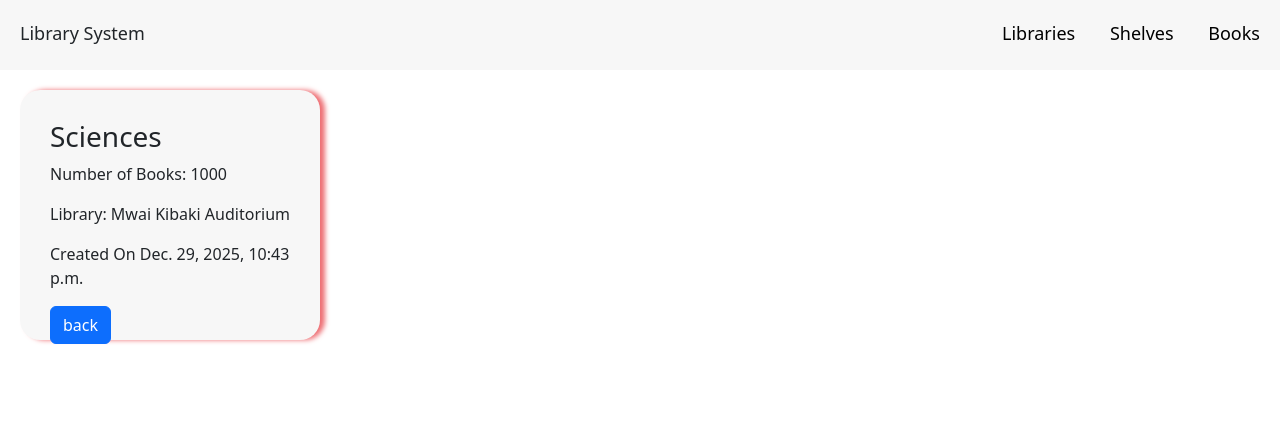
Repository: Mbote-Joseph/Library-Shelves-Books-Managements
Page: http://localhost/shelf-details/1
An editor plug-in stored every save of this project. The page is shown before and after the next save, followed by the edit.
The browser window is 1280 px wide. The pictures show the whole page.
The page is served by the project's application, run on Django 5.2 (manage.py). Other server files are loaded and not shown. The page reads the database file committed with the project.

Above is the page before, as saved 2026-01-01 19:58:54.

### books/templates/books/shelf_detailview.html
{% extends "base.html" %}

{% block title %}
    {{shelf.name}}
{% endblock %}


{% block content %}
        <div class="shelf">
            <h3> {{shelf.label}} </h3>
            <p> Number of Books:  {{shelf.books_capacity}} </p>
            <p> Library:  {{shelf.library.name}} </p>
            <p> Created On {{shelf.created_on}} </p>
            <a class="btn btn-primary" href="{% url 'shelves' %}"> back  </a>
        </div>
{% endblock %}

### static/templates/base.html
{% load static %}
<!doctype html>
<html lang="en">
  <head>
    <meta charset="utf-8">
    <meta name="viewport" content="width=device-width, initial-scale=1">
    <title>
        {% block title %}

        {% endblock %}
    </title>
    <link href="https://cdn.jsdelivr.net/npm/bootstrap@5.3.8/dist/css/bootstrap.min.css" rel="stylesheet" integrity="sha384-sRIl4kxILFvY47J16cr9ZwB07vP4J8+LH7qKQnuqkuIAvNWLzeN8tE5YBujZqJLB" crossorigin="anonymous">
    <link rel="stylesheet" type='text/css' href="{% static 'css/styles.css' %}">
  </head>
  <body>
    <nav class="nav">
      <span> Library System </span>
      <span>
        <ul>
          <a href="{% url 'libraries' %}"> Libraries </a>
          <a href="{% url 'shelves' %}"> Shelves </a>
          <a href="{% url 'books' %}"> Books </a>
        </ul>
      </span>

    </nav>

    {% block content %}

    {% endblock %}


    <script src="https://cdn.jsdelivr.net/npm/bootstrap@5.3.8/dist/js/bootstrap.bundle.min.js" integrity="sha384-FKyoEForCGlyvwx9Hj09JcYn3nv7wiPVlz7YYwJrWVcXK/BmnVDxM+D2scQbITxI" crossorigin="anonymous"></script>
  </body>
</html>

### books/models.py
from django.db import models

# Create your models here.
class Library(models.Model):
    name = models.CharField(max_length=50)
    students_capacity = models.IntegerField()
    location = models.CharField(max_length=100)
    created_on = models.DateTimeField(auto_now_add=True)

    def __str__(self):
        return f"{self.name} - {self.location}"

class Shelf(models.Model):
    label = models.CharField(max_length=50)
    books_capacity = models.CharField()
    library = models.ForeignKey(Library, on_delete=models.CASCADE, related_name='shelves')
    created_on = models.DateTimeField(auto_now_add=True)

    def __str__(self):
        return f"{self.label} On {self.library} Library"

class Book(models.Model):
    title = models.CharField(max_length=100)
    author = models.CharField(max_length=100)
    isbn = models.CharField(max_length=10)
    description = models.TextField()
    is_published = models.BooleanField(default=False)
    is_new = models.BooleanField(default=False)
    shelf = models.ForeignKey(Shelf, on_delete=models.CASCADE, related_name='books')

    def __str__(self):
        return f"{self.title} By {self.author}"

### books/views.py
from django.shortcuts import render
from django.views.generic import ListView, DetailView, CreateView

from books.forms import  BookForm, LibraryForm, ShelfForm

from .models import Library, Shelf, Book

# Create your views here.
class LibraryListView(ListView):
    model = Library
    context_object_name = "libraries"
    queryset = Library.objects.all()
    template_name = 'books/library_view.html'

class ShelfListView(ListView):
    model = Shelf
    context_object_name = "shelves"
    queryset = Shelf.objects.all()
    template_name = 'books/shelf_view.html'


class BookListView(ListView):
    model = Book
    context_object_name = "books"
    queryset = Book.objects.all()
    template_name = 'books/book_view.html'

class LibraryDetailView(DetailView):
    model = Library
    context_object_name = 'library'
    template_name = "books/library_detailview.html"

    def get_context_data(self, **kwargs):
        context = super().get_context_data(**kwargs)
        context['shelves'] = self.object.shelves.all()
        return context

class ShelfDetailView(DetailView):
    model = Shelf
    context_object_name = 'shelf'
    template_name = 'books/shelf_detailview.html'

    def get_context_data(self, **kwargs):
        context = super().get_context_data(**kwargs)
        context['books'] = self.object.books.all()
        return context

class BookDetailView(DetailView):
    model = Book
    context_object_name = 'book'
    template_name = 'books/book_detailview.html'

class LibraryCreate(CreateView):
    model = Library
    context_object_name = 'library'
    form_class = LibraryForm
    http_method_names = ['get', 'post', 'put', 'patch', 'delete', 'head', 'options', 'trace']
    template_name = "books/library_form.html"
    success_url = 'libraries'


class ShelfCreate(CreateView):
    model = Shelf
    context_object_name = 'shelf'
    form_class = ShelfForm
    http_method_names = ['get', 'post', 'put', 'patch', 'delete', 'head', 'options', 'trace']
    template_name = "books/shelf_form.html"
    success_url = 'shelf'

class BookCreate(CreateView):
    model = Book
    form_class = BookForm
    context_object_name = 'book'
    http_method_names = ['get', 'post', 'put', 'patch', 'delete', 'head', 'options', 'trace']
    template_name = 'books/book_form.html'
    success_url = 'book'

### learn/urls.py
"""
URL configuration for learn project.

The `urlpatterns` list routes URLs to views. For more information please see:
    https://docs.djangoproject.com/en/6.0/topics/http/urls/
Examples:
Function views
    1. Add an import:  from my_app import views
    2. Add a URL to urlpatterns:  path('', views.home, name='home')
Class-based views
    1. Add an import:  from other_app.views import Home
    2. Add a URL to urlpatterns:  path('', Home.as_view(), name='home')
Including another URLconf
    1. Import the include() function: from django.urls import include, path
    2. Add a URL to urlpatterns:  path('blog/', include('blog.urls'))
"""
from django.contrib import admin
from django.urls import path, include

urlpatterns = [
    path('admin/', admin.site.urls),
    path('', include('books.urls'))
]

### books/urls.py
from django.urls import path

from books.views import BookCreate, BookDetailView, BookListView, LibraryDetailView, LibraryListView, ShelfCreate, ShelfDetailView, ShelfListView, LibraryCreate

urlpatterns = [
    path('', LibraryListView.as_view(), name = 'libraries'),
    path('libraries', LibraryListView.as_view(), name = 'libraries'),
    path('shelf', ShelfListView.as_view(), name = 'shelves'),
    path('book', BookListView.as_view(), name="books"),
    path("library-details/<int:pk>", LibraryDetailView.as_view(), name="library.details"),
    path('shelf-details/<int:pk>', ShelfDetailView.as_view(), name="shelf.details"),
    path("book-details/<int:pk>", BookDetailView.as_view(), name = "book.details"),
    path('library-create', LibraryCreate.as_view(), name="library.create"),
    path('shelf-create', ShelfCreate.as_view(), name="shelf.create"),
    path('book-create', BookCreate.as_view(), name="book.create"),
]

### static/css/styles.css
/**
 * Copyright 2025 josephmbote
 *
 * Licensed under the Apache License, Version 2.0 (the "License");
 * you may not use this file except in compliance with the License.
 * You may obtain a copy of the License at
 *
 *     https://www.apache.org/licenses/LICENSE-2.0
 *
 * Unless required by applicable law or agreed to in writing, software
 * distributed under the License is distributed on an "AS IS" BASIS,
 * WITHOUT WARRANTIES OR CONDITIONS OF ANY KIND, either express or implied.
 * See the License for the specific language governing permissions and
 * limitations under the License.
 */

.nav{
    left: 0;
    top: 0;
    width: 100%;
    background-color: #f7f7f7;
    font-size: large;
    font-style: 'Times New Roman';
    height: 70px;
    padding: 20px;
    display: flex;
    justify-content: space-between;
}
.nav a{
    margin-left: 30px;
    text-decoration: none;
    color: black;
}

.library {
    min-width: 300px;
    /* min-width: 200px; */
    height: 250px;
    /* max-height: 400px; */
    background-color: #f7f7f7;
    box-shadow: 5px 0 5px 0 #ee6e73;
    border: none;
    margin: 20px;
    padding: 30px;
    border-radius: 20px;
}

.cards{
    display: flex;
    flex-wrap: wrap;

}

.shelf {
    width: 300px;
    /* min-width: 200px; */
    height: 250px;
    /* max-height: 400px; */
    background-color: #f7f7f7;
    box-shadow: 5px 0 5px 0 #ee6e73;
    border: none;
    margin: 20px;
    padding: 30px;
    border-radius: 20px;
}

.book {
    width: 300px;
    /* min-width: 200px; */
    height: 300px;
    /* max-height: 400px; */
    background-color: #f7f7f7;
    box-shadow: 5px 0 5px 0 #ee6e73;
    border: none;
    margin: 20px;
    padding: 30px;
    border-radius: 20px;
}

### db.sqlite3 (the tables this page reads, as SQL)
CREATE TABLE "books_library" ("id" integer NOT NULL PRIMARY KEY AUTOINCREMENT, "name" varchar(50) NOT NULL, "students_capacity" integer NOT NULL, "location" varchar(100) NOT NULL, "created_on" datetime NOT NULL);
INSERT INTO "books_library" VALUES
(1, 'Mwai Kibaki Auditorium', 100, 'Administration Block', '2025-12-29 22:41:55.696199'),
(2, 'Nelson Mandela Anex', 85, 'NSC', '2025-12-29 22:42:34.244470'),
(3, 'JM Kariuku Wing', 75, 'SCC Department', '2025-12-30 11:00:04.766333'),
(4, 'Joseph Mbote STEM Library', 56, 'Technology House', '2025-12-31 18:37:10.968556'),
(5, 'Computer Science Library', 50, 'SCC', '2025-12-31 18:39:11.248294'),
(6, 'Grade 1', 20, 'Nairobi Annex', '2025-12-31 18:41:43.779190');

CREATE TABLE "books_shelf" ("id" integer NOT NULL PRIMARY KEY AUTOINCREMENT, "label" varchar(50) NOT NULL, "books_capacity" varchar NOT NULL, "created_on" datetime NOT NULL, "library_id" bigint NOT NULL REFERENCES "books_library" ("id") DEFERRABLE INITIALLY DEFERRED);
INSERT INTO "books_shelf" VALUES
(1, 'Sciences', '1000', '2025-12-29 22:43:06.109364', 1),
(2, 'Maths', '500', '2025-12-30 11:05:21.466271', 3),
(3, 'Website for Emirati-heritage-artifact.rf.gd', '1000', '2025-12-31 18:53:06.133470', 1),
(4, 'Sciences', '1000', '2025-12-31 19:54:00.426027', 2),
(5, 'Sciences', '1000', '2025-12-31 19:54:25.057330', 2);

After the next save:
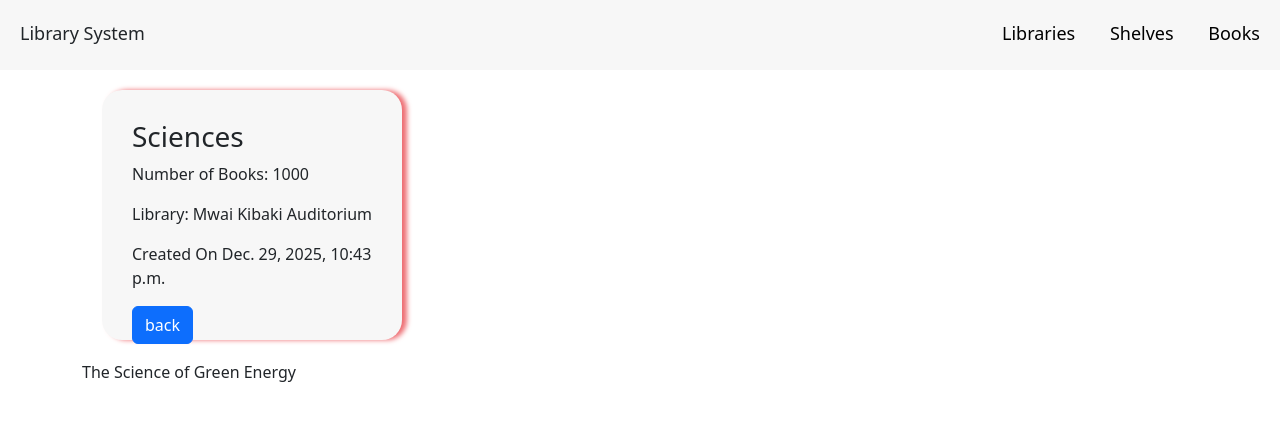
Saved 76 s later.
--- a/books/templates/books/shelf_detailview.html
+++ b/books/templates/books/shelf_detailview.html
@@ -6,11 +6,19 @@
 
 
 {% block content %}
-        <div class="shelf">
+<div class="container">
+    <div class="shelf">
             <h3> {{shelf.label}} </h3>
             <p> Number of Books:  {{shelf.books_capacity}} </p>
             <p> Library:  {{shelf.library.name}} </p>
             <p> Created On {{shelf.created_on}} </p>
             <a class="btn btn-primary" href="{% url 'shelves' %}"> back  </a>
         </div>
+
+        {% for book in books %}
+        <p> {{book.title}} </p>
+
+        {% endfor %}
+
+</div>
 {% endblock %}
